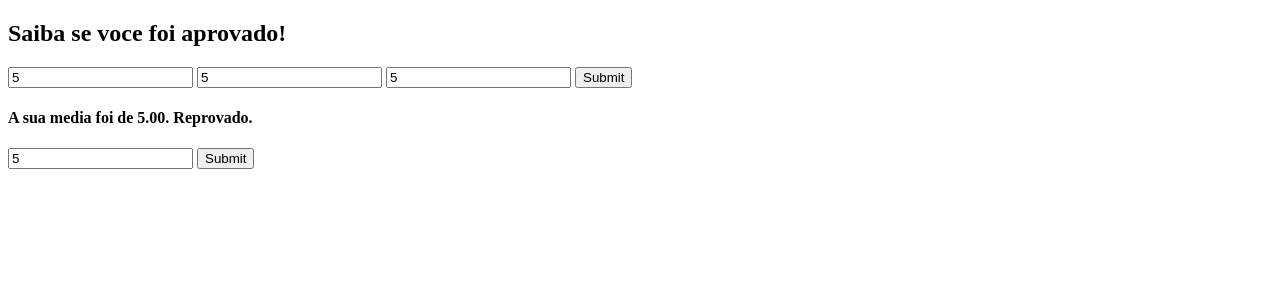
Repository: gimoli/logica1
Page: index.html
These files come from the project's save history. The page is drawn as it stood at one moment and after the next save; the edit follows.
The browser window is 1280 px wide. The pictures show the whole page.
Empty fields were first filled with sample values (such as "Sample", 5 or name@example.com).
After loading, the first visible `input[onclick="classificacao()"]` was clicked once.

Above is the page before, as saved 2025-04-30 11:06:02.

### index.html
<!DOCTYPE html>
<html lang="en">
<head>
    <meta charset="UTF-8">
    <meta name="viewport" content="width=device-width, initial-scale=1.0">
    <title>Document</title>
</head>
<body>
    <div>
        <h2>Saiba se voce foi aprovado!</h2>
        <input type="Number" id="nota1" placeholder="Digite sua primeira nota"/>
        <input type="Number" id="nota2" placeholder="Digite sua segunda nota"/>
        <input type="Number" id="nota3" placeholder="Digite sua terceira nota"/>
        <input type="submit" onclick="classificacao()" />
        <h4 id="resultadoFinal"></h4>
    </div>

    <div>
        <input type="number" id="numberInput" placeholder="Digite um número" />
        <input type="submit" onclick="numerosPares()">
        <h4 id="numeros-pares"></h4>
    </div>

    <script src="app.js"></script>
</body>
</html>

### app.js
//function mediaDaNota(nota0, nota1, nota2, nota3){

//const = tipo de variavel, é imutável
//mediaFinal = nome da variável em camelcase
//o que ela faz?
//soma das variáveis e dividide pela quantidade de variáveis

//const mediaFinal = (nota0 + nota1 + nota2 + nota3) / 4

//if = condição
//(mediaFinal >=7) = a condição ta verificando se a variavel 'mediaFinal' é maior ou igual a 7

//else= se nâo atender a nenhuma condição anterior ela entra no else
//return= informe a resposta final

//if (mediaFinal >=7) {
//        return "Aprovado"
//    } else {
//        return "Reprovado"
//    }

//return mediaFinal >=7 ? "Aprovado" : "Reprovado";

//}

//const nota0 = Number(prompt("Digite uma nota"));
//const nota1 = Number(prompt("Digite a segunda"));
//const nota2 = Number(prompt("Digite a terceira nota"));
//const nota3 = Number(prompt("Digite a quarta nota"));

//document.write(mediaDaNota(nota0, nota1, nota2, nota3));



function classificacao() {
    const nota1 = Number(document.getElementById("nota1").value);
    const nota2 = Number(document.getElementById("nota2").value);
    const nota3 = Number(document.getElementById("nota3").value);
    const resultadoFinal = document.getElementById("resultadoFinal");
    let aprovacao;

    const media = (nota1 + nota2 + nota3)/3;
    if (nota1 > 10 || nota2 > 10 || nota3 > 10 || nota1 < 0 || nota2 < 0 || nota3 < 0
        || isNaN(nota1) || isNaN(nota2) || isNaN(nota3)) {
        alert("Digite uma nota válida!");
    } else {
        aprovacao = media > 7 ? "Aprovado!" : "Reprovado.";
        resultadoFinal.innerHTML = `A sua media foi de ${media.toFixed(2)}. ${aprovacao}`;
    }
}


function tabuada() {
    const tabuadaInput = Number(document.getElementById("tabuada-input").value);
    let i = 1;
    let resultado = [];

    while(i <= 10) {
        resultado += tabuadaInput * i;
        i++;
    }

    for(let i = 1; i <= 10; i++) {
        resultado += tabuadaInput * i;
    }
}


function mostrarIngredientes(lista) {

}

After the next save:
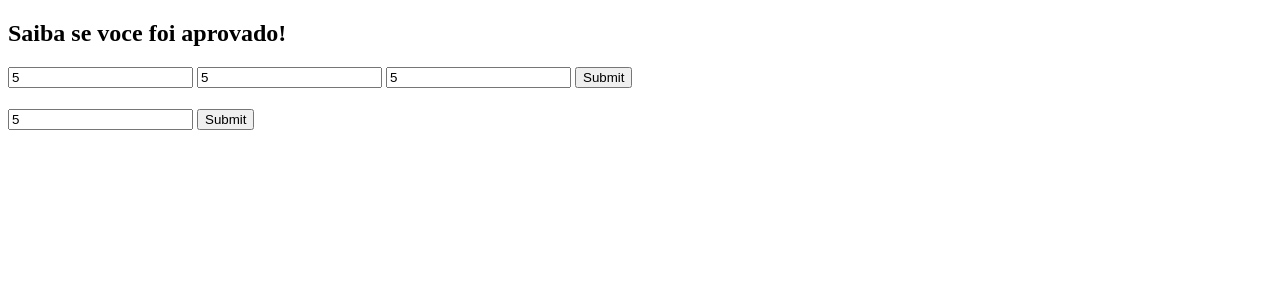
Console error: ReferenceError: classificacao is not defined
Saved 20 min 47 s later.
--- a/app.js
+++ b/app.js
@@ -31,39 +31,7 @@
 //document.write(mediaDaNota(nota0, nota1, nota2, nota3));
 
 
-
-function classificacao() {
-    const nota1 = Number(document.getElementById("nota1").value);
-    const nota2 = Number(document.getElementById("nota2").value);
-    const nota3 = Number(document.getElementById("nota3").value);
-    const resultadoFinal = document.getElementById("resultadoFinal");
-    let aprovacao;
-
-    const media = (nota1 + nota2 + nota3)/3;
-    if (nota1 > 10 || nota2 > 10 || nota3 > 10 || nota1 < 0 || nota2 < 0 || nota3 < 0
-        || isNaN(nota1) || isNaN(nota2) || isNaN(nota3)) {
-        alert("Digite uma nota válida!");
-    } else {
-        aprovacao = media > 7 ? "Aprovado!" : "Reprovado.";
-        resultadoFinal.innerHTML = `A sua media foi de ${media.toFixed(2)}. ${aprovacao}`;
-    }
-}
-
-
-function tabuada() {
-    const tabuadaInput = Number(document.getElementById("tabuada-input").value);
-    let i = 1;
-    let resultado = [];
-
-    while(i <= 10) {
-        resultado += tabuadaInput * i;
-        i++;
-    }
-
-    for(let i = 1; i <= 10; i++) {
-        resultado += tabuadaInput * i;
-    }
-}
+//
 
 
 function mostrarIngredientes(lista) {

After the save that followed:
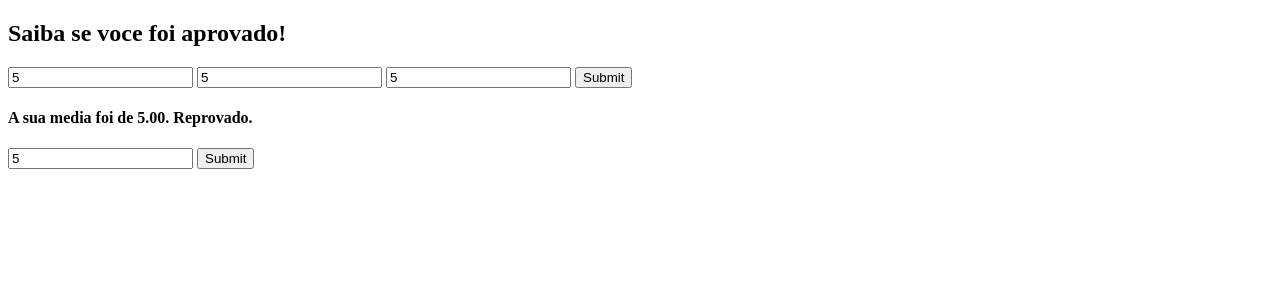
The error is gone.
Saved 8 s later.
--- a/app.js
+++ b/app.js
@@ -31,7 +31,39 @@
 //document.write(mediaDaNota(nota0, nota1, nota2, nota3));
 
 
-//
+
+function classificacao() {
+    const nota1 = Number(document.getElementById("nota1").value);
+    const nota2 = Number(document.getElementById("nota2").value);
+    const nota3 = Number(document.getElementById("nota3").value);
+    const resultadoFinal = document.getElementById("resultadoFinal");
+    let aprovacao;
+
+    const media = (nota1 + nota2 + nota3)/3;
+    if (nota1 > 10 || nota2 > 10 || nota3 > 10 || nota1 < 0 || nota2 < 0 || nota3 < 0
+        || isNaN(nota1) || isNaN(nota2) || isNaN(nota3)) {
+        alert("Digite uma nota válida!");
+    } else {
+        aprovacao = media > 7 ? "Aprovado!" : "Reprovado.";
+        resultadoFinal.innerHTML = `A sua media foi de ${media.toFixed(2)}. ${aprovacao}`;
+    }
+}
+
+
+function tabuada() {
+    const tabuadaInput = Number(document.getElementById("tabuada-input").value);
+    let i = 1;
+    let resultado = [];
+
+    while(i <= 10) {
+        resultado += tabuadaInput * i;
+        i++;
+    }
+
+    for(let i = 1; i <= 10; i++) {
+        resultado += tabuadaInput * i;
+    }
+}
 
 
 function mostrarIngredientes(lista) {
